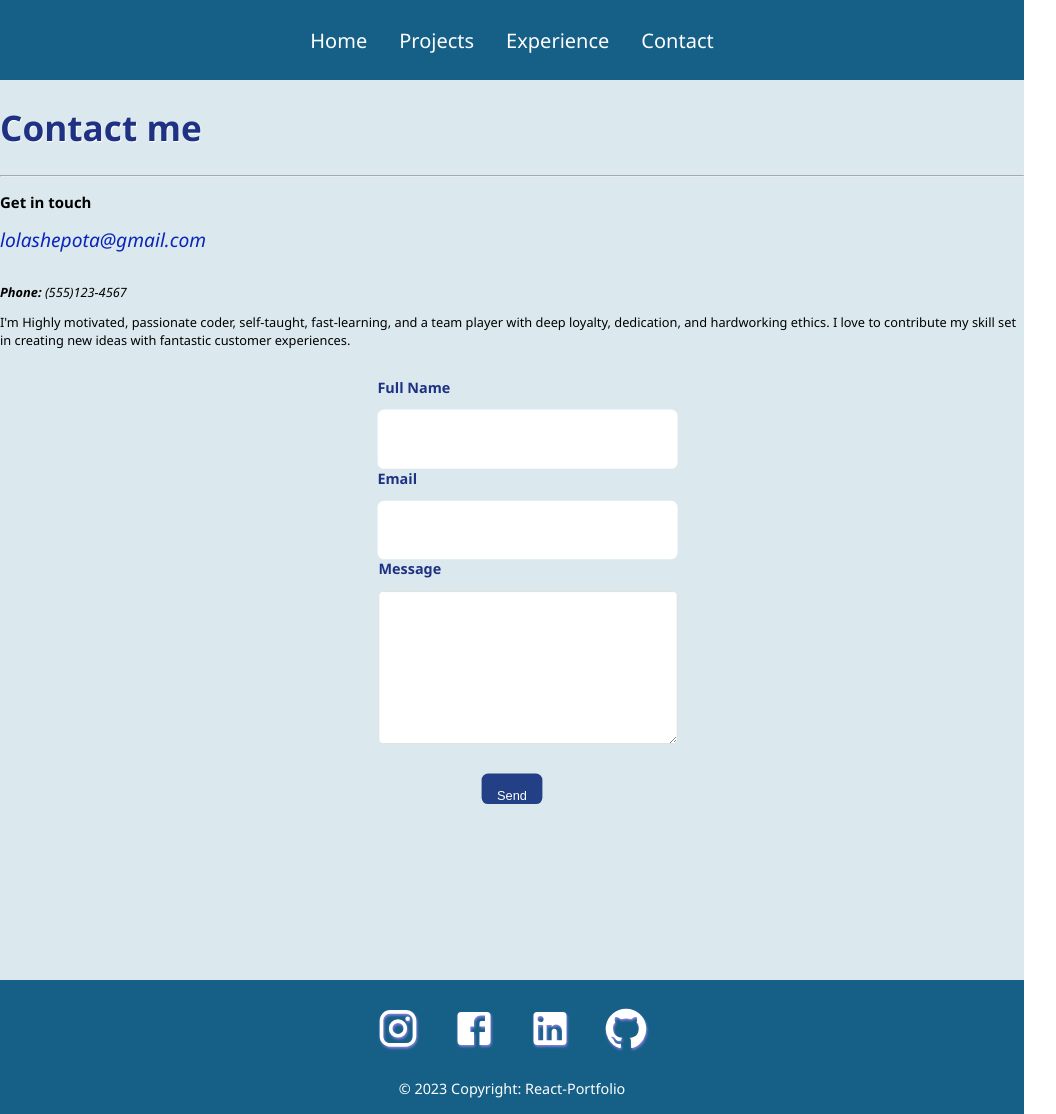
Repository: LolaSL/react-portfolio
Page: /contact
An editor plug-in stored every save of this project. The page is shown before and after a run of saves, followed by the edit.
The browser window is 1280 px wide. The page is 1280 px wide, then 1320 px, then 1280 px, so the pictures cover 1320 px, including what lies to the right of the window. The pictures show the whole page, at 80% of full size.
The project was rebuilt for these pictures with package versions that can differ from the ones it lists, and the page was loaded fresh each time. Also part of the build but not shown: src/pages/Home/Style.css, src/pages/Home/Home.jsx, src/components/ProjectItem/Style.css, src/components/ProjectItem/ProjectItem.jsx, src/helpers/ProjectList.js, src/pages/Projects/Style.css, src/pages/Projects/Projects.jsx, src/pages/Experience/Style.css and 2 more.

Above is the page before, as saved 2023-09-27 17:40:24.

After the next 3 saves:
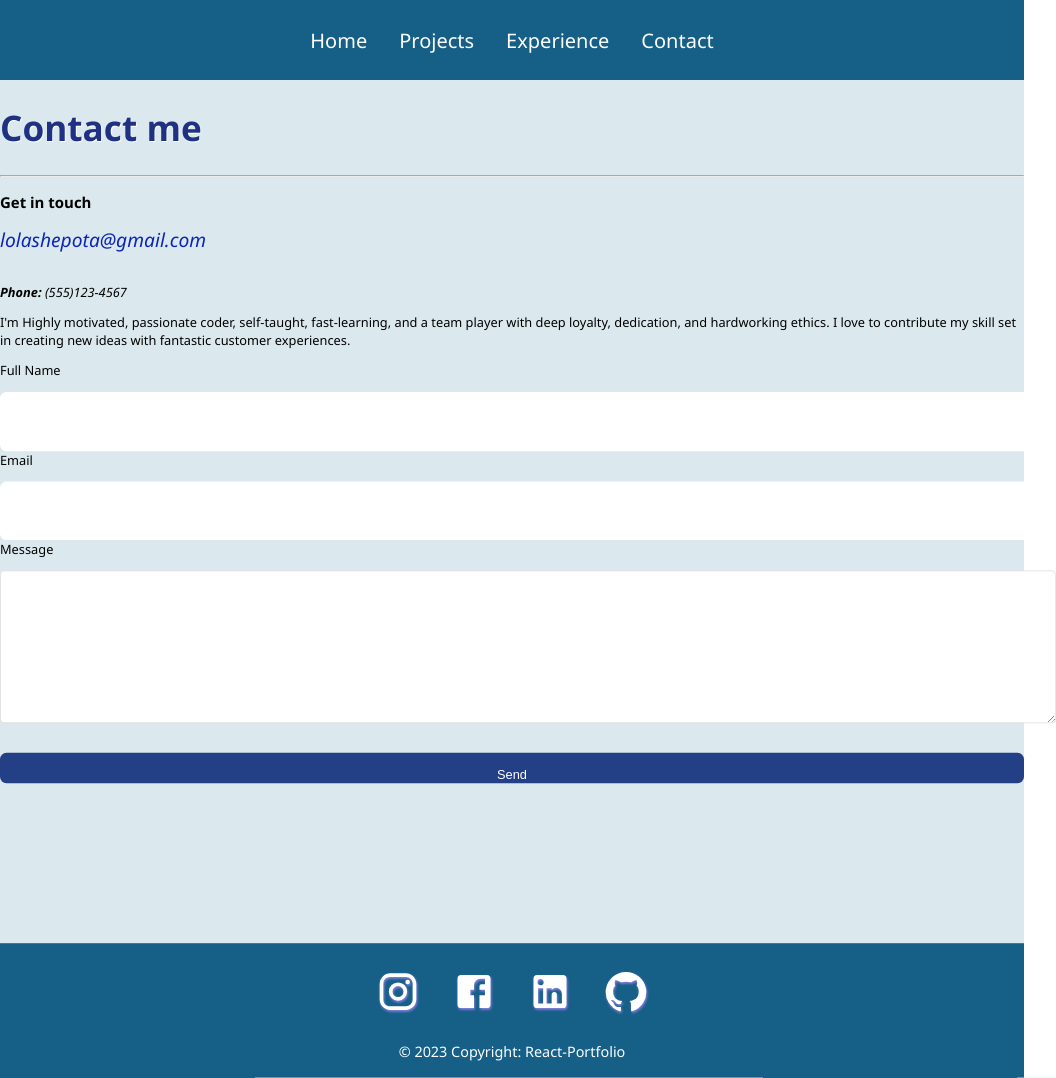
The 3 saves are shown as one change because they came seconds apart.
The last was saved 36 s later.
--- a/src/pages/Contact/Style.css
+++ b/src/pages/Contact/Style.css
@@ -1,3 +1,4 @@
+.co
 .contact-form {
   max-width: 400px;
   margin: 0 auto;

After the save that followed:
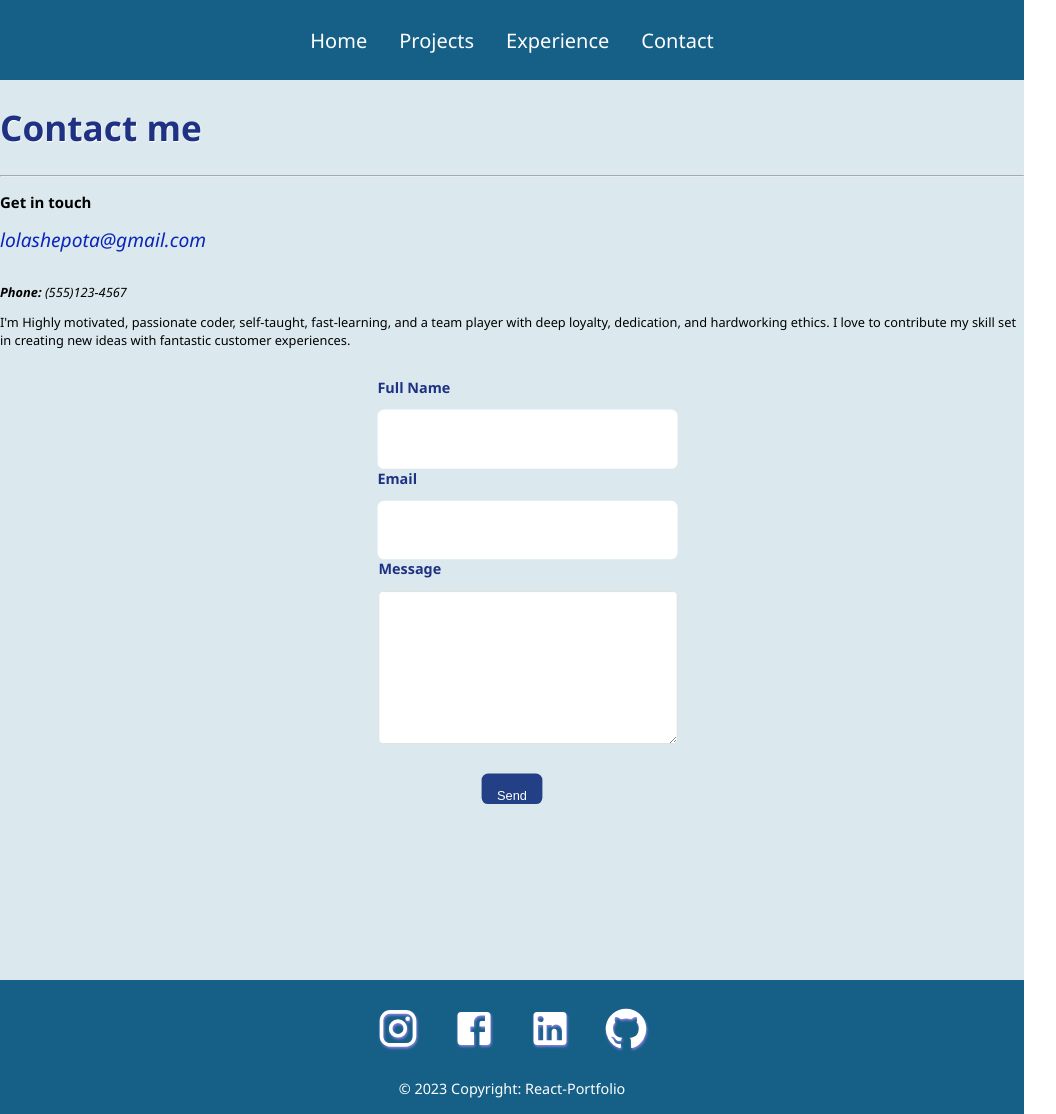
Saved 13 s later.
--- a/src/pages/Contact/Style.css
+++ b/src/pages/Contact/Style.css
@@ -1,4 +1,4 @@
-.co
+
 .contact-form {
   max-width: 400px;
   margin: 0 auto;
